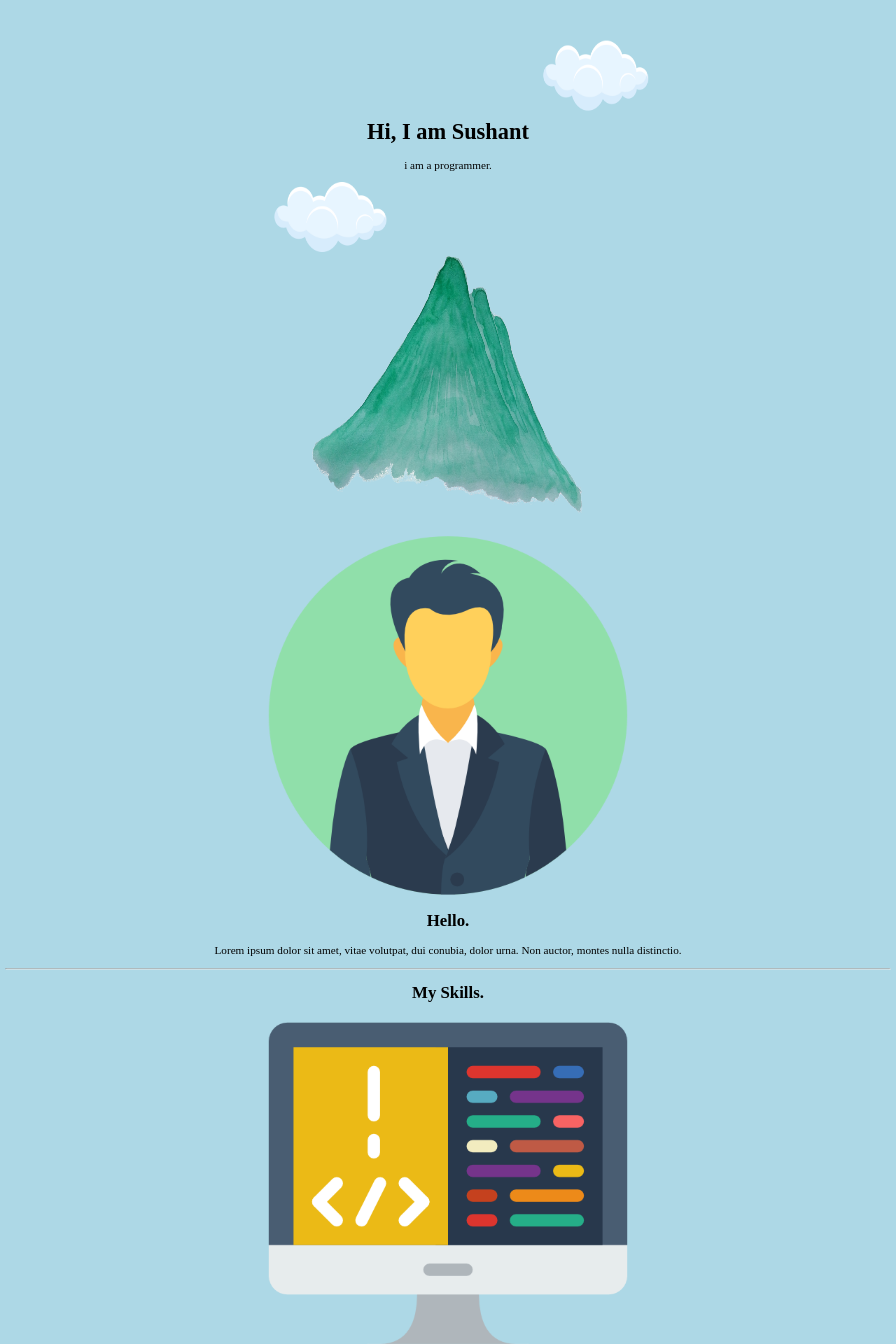
Repository: Sushant203/myPersonalSite
Page: index.html
An editor plug-in stored every save of this project. The page is shown before and after a run of saves, followed by the edit.
The browser window is 1280 px wide. The pictures show the part of the page from y = 0 to 1920 px (the page is 2900 px tall), at 70% of full size.

Above is the page before, as saved 2022-12-09 18:48:49.

After the next 7 saves:
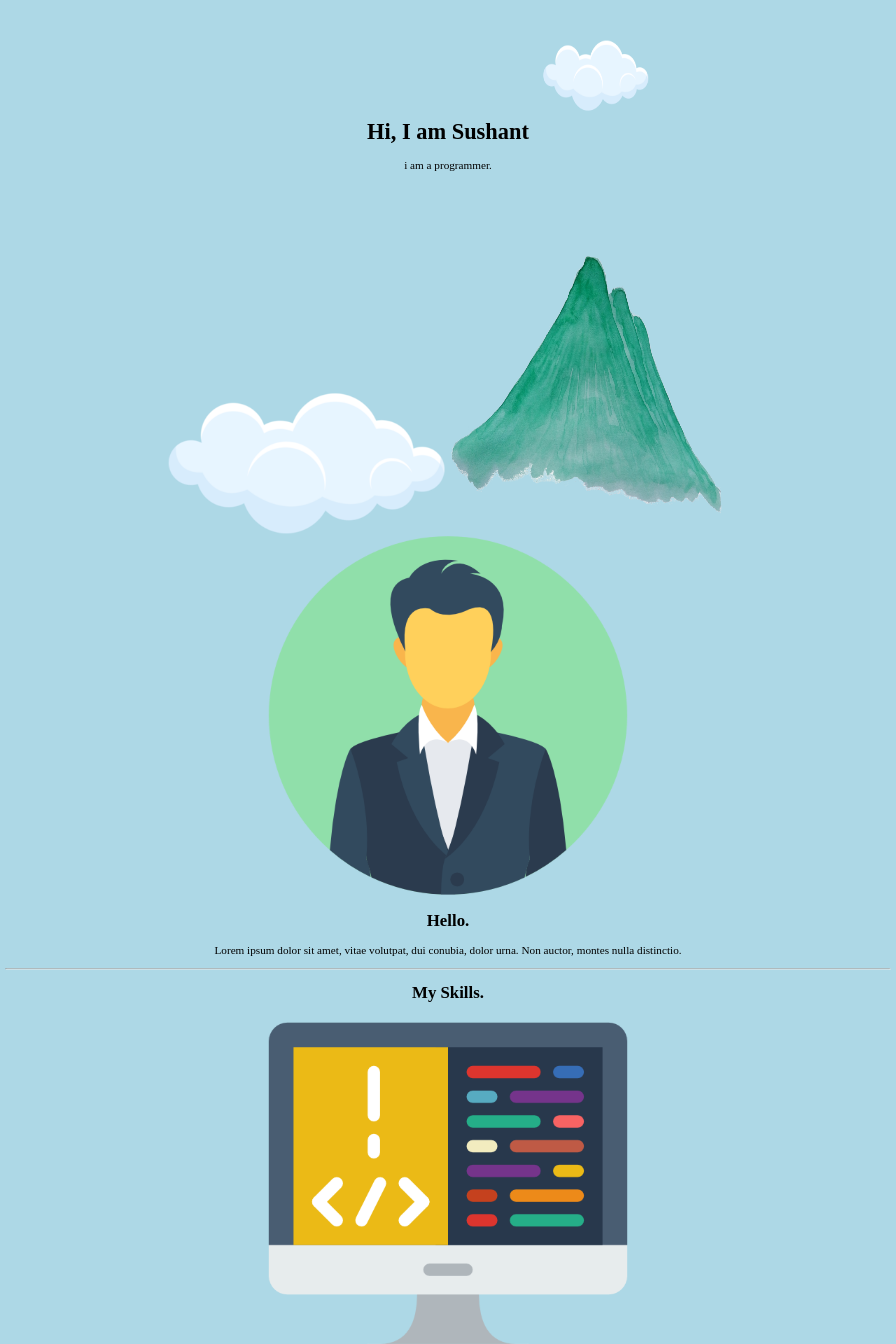
The 7 saves are shown as one change because they came seconds apart.
The last was saved 20 min 47 s later.
--- a/css/style.css
+++ b/css/style.css
@@ -23,8 +23,9 @@
 display: inline-block;
 /* position: absolute; */
 margin: 70px;
+}
 
-}
+.header-text h1
 
 .bottom-cloud{
     height: 100px;

After the 2 saves that followed:
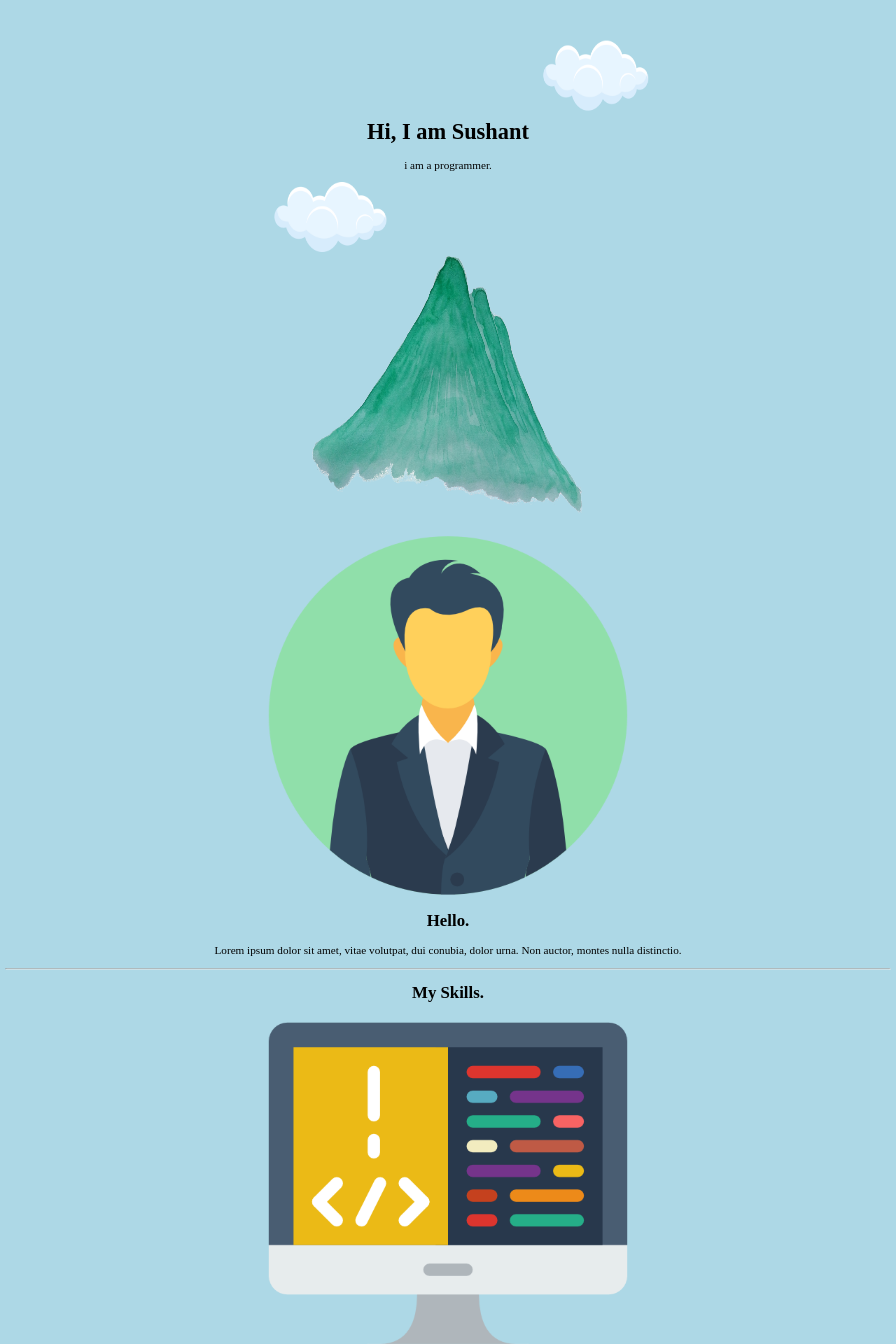
The 2 saves are shown as one change because they came seconds apart.
The last was saved 5 s later.
--- a/css/style.css
+++ b/css/style.css
@@ -25,7 +25,9 @@
 margin: 70px;
 }
 
-.header-text h1
+.header-text h1{
+
+}
 
 .bottom-cloud{
     height: 100px;
